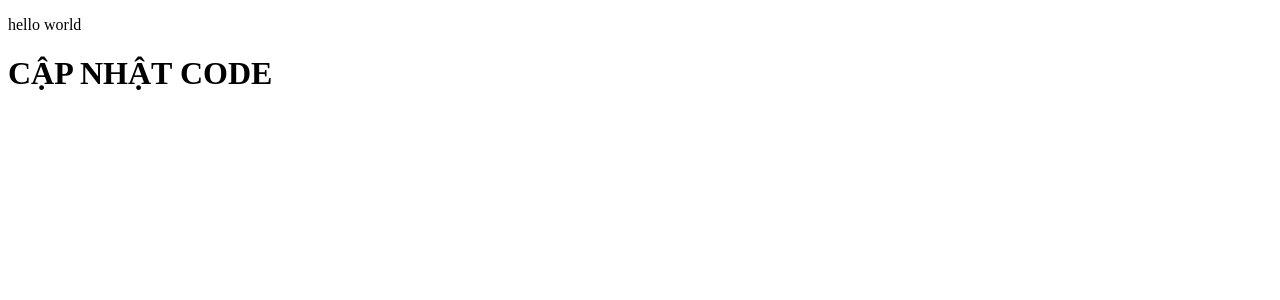
Repository: minh1s/test
Page: test_github/test1.html
The author's editor kept a copy of each file at every save. The page is drawn from the files as they stood at one save, then again after the next save.
The browser window is 1280 px wide. The pictures show the whole page.

Above is the page before, as saved 2025-10-15 17:04:14.

### test_github/test1.html
<!DOCTYPE html>
<html lang="en">
<head>
    <meta charset="UTF-8">
    <meta name="viewport" content="width=device-width, initial-scale=1.0">
    <title>Document</title>
</head>
<body>
    <p>hello world</p>

    <h1>CẬP NHẬT CODE</h1>
</body>
</html>

After the next save:
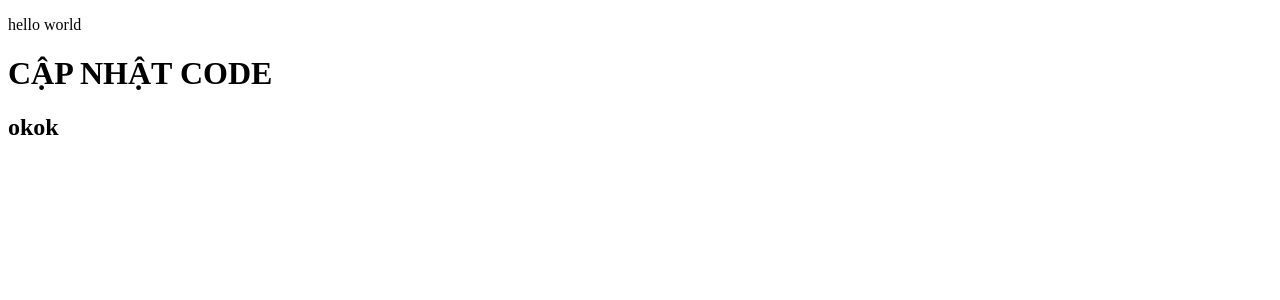
Saved 13 min 35 s later.
--- a/test_github/test1.html
+++ b/test_github/test1.html
@@ -9,5 +9,7 @@
     <p>hello world</p>
 
     <h1>CẬP NHẬT CODE</h1>
+
+    <h2>okok</h2>
 </body>
 </html>
